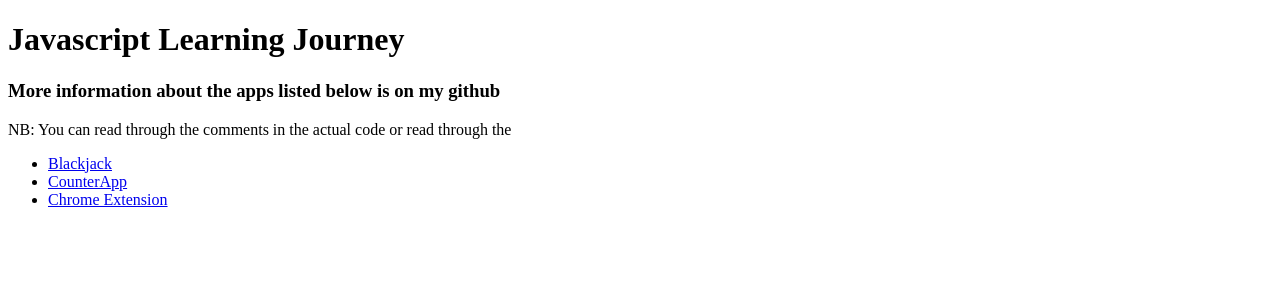
Repository: Siphamandla201/Javascript-Journey
Page: index.html
These files come from the project's save history. The page is drawn as it stood at one moment and after a run of saves; the edit follows.
The browser window is 1280 px wide. The pictures show the whole page.

Above is the page before, as saved 2023-07-27 16:15:49.

After the next 2 saves:
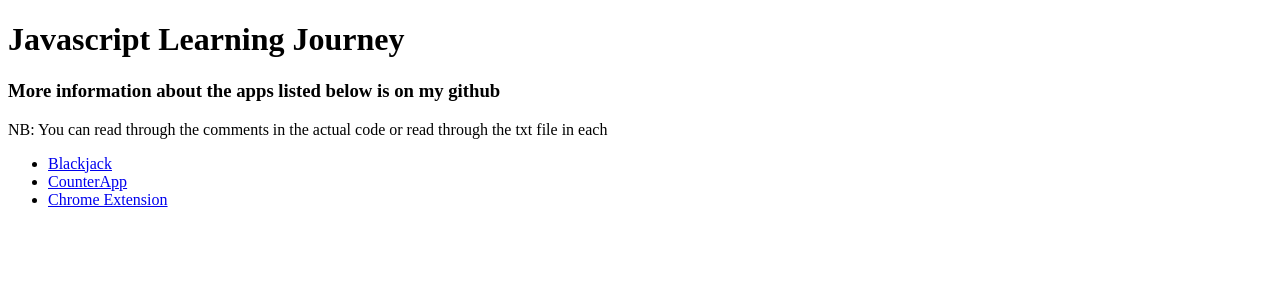
The 2 saves are shown as one change because they came seconds apart.
The last was saved 11 s later.
--- a/index.html
+++ b/index.html
@@ -12,7 +12,7 @@
     <h3>
         More information about the apps listed below is on my github
     </h3>
-    <p>NB: You can read through the comments in the actual code or read through the </p>
+    <p>NB: You can read through the comments in the actual code or read through the txt file in each </p>
     <ul>
         <li><a href="./Blackjack/Blackjack.html">Blackjack</a></li>
         <li><a href="./CounterApp/Counter.html">CounterApp</a></li>
